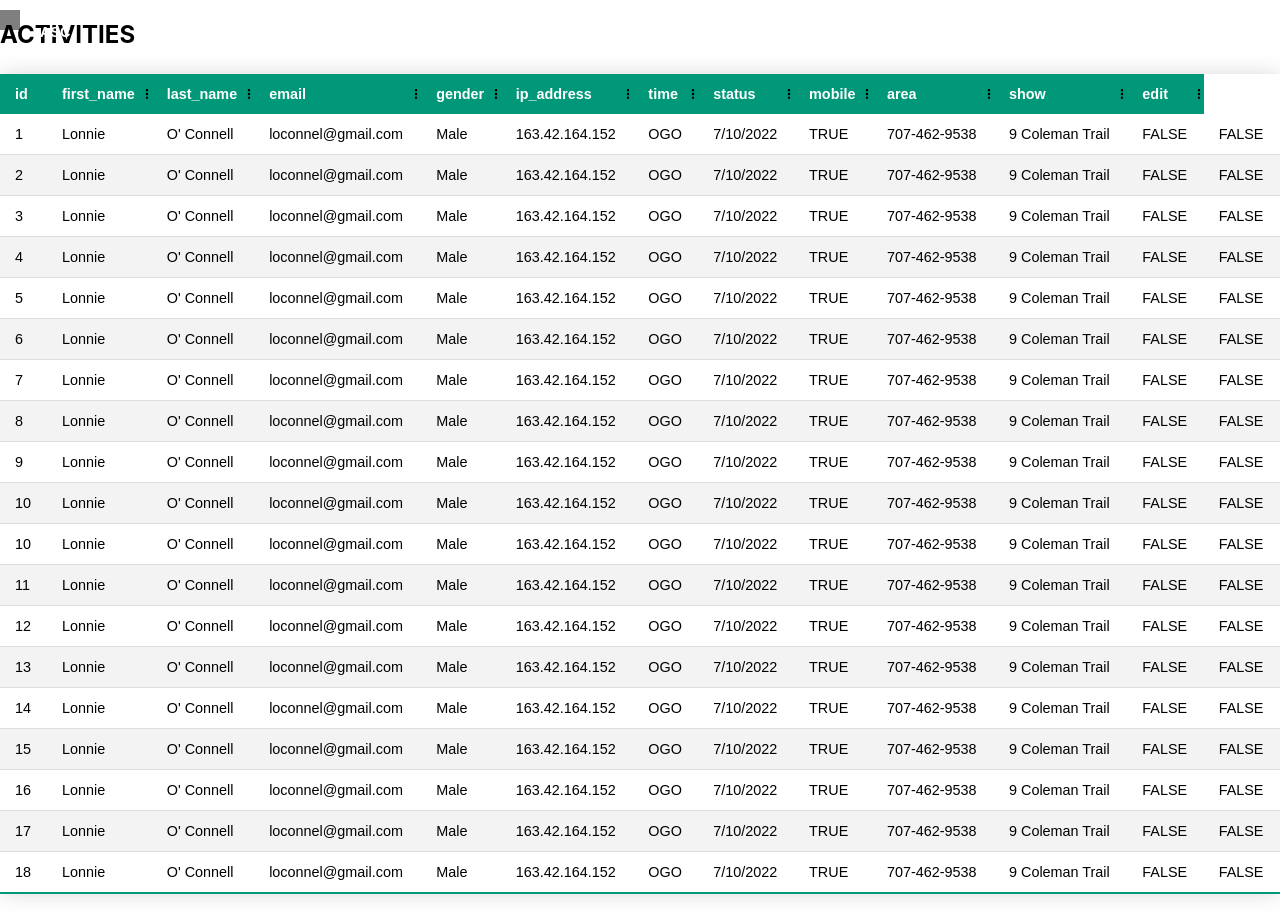
Repository: kartik077-cr7/Ckart
Page: /, after clicking the first element matching `img`
The author's editor kept a copy of each file at every save. The page is drawn from the files as they stood at one save, then again after a run of saves.
The browser window is 1280 px wide. The pictures show the whole page.
The project was rebuilt for these pictures with package versions that can differ from the ones it lists, and the page was loaded fresh each time.

Above is the page before, as saved 2022-12-10 17:54:19.

After the next 4 saves:
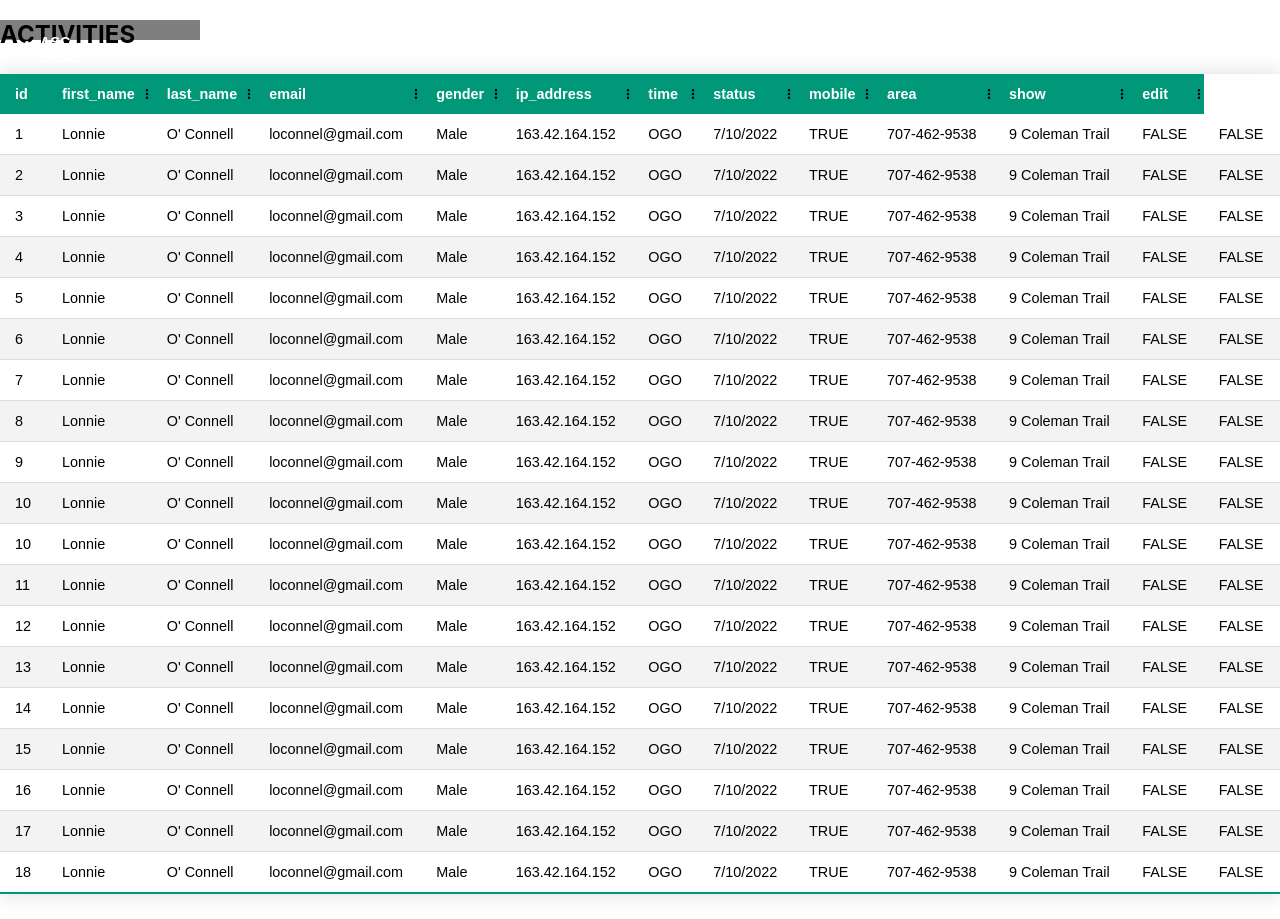
The 4 saves are shown as one change because they came seconds apart.
The last was saved 11 s later.
--- a/src/App.css
+++ b/src/App.css
@@ -43,12 +43,12 @@
 .modal {
 	position: fixed;
 	left: 0;
-	top: 10px;
+	top: 20px;
 	right: 0;
 	bottom: 0;
 	background-color: rgba(0,0,0,0.5);
 	height: 20px;
-	width: 20px;
+	width: 200px;
 }
 
 .modal-body{
